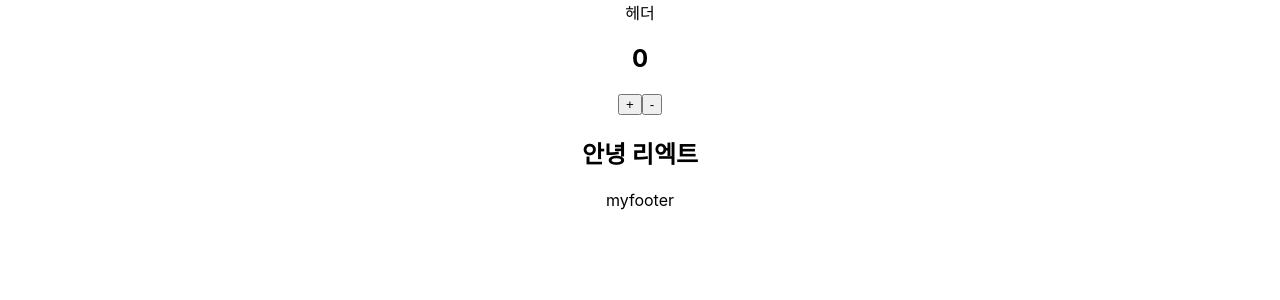
Repository: jins4731/daily-note
Page: / (app in React/reactexam1/)
These files come from the project's save history. The page is drawn as it stood at one moment and after the next save; the edit follows.
The browser window is 1280 px wide. The pictures show the whole page.
The project was rebuilt for these pictures with package versions that can differ from the ones it lists, and the page was loaded fresh each time.

Above is the page before, as saved 2023-04-05 21:02:18.

### React/reactexam1/src/App.js
import './App.css';

import MyHeader from './MyHeader'
import MyFooter from './MyFooter';
import Counter from './Counter';
function App() {
  return (
    <div className="App">
      <MyHeader/>
      <Counter/>
      <h2>안녕 리엑트</h2>
      <MyFooter/>
    </div>
  );
}

export default App;

### React/reactexam1/src/MyHeader.js
const MyHeader = () => {
    return <header>헤더</header>;
};

export default MyHeader;

### React/reactexam1/src/MyFooter.js
const MyFooter = () => {
    return <footer>myfooter</footer>;
}

export default MyFooter;

### React/reactexam1/src/Counter.js
const Counter = () => {
    return (
        <div>
            <h2>0</h2>
            <button>+</button>
            <button>-</button>
        </div>
    )
}

export default Counter;

Loaded but not shown: React/reactexam1/public/index.html (common file); React/reactexam1/src/index.js (common file); React/reactexam1/src/index.css (common file); React/reactexam1/src/App.css (common file)

After the next save:
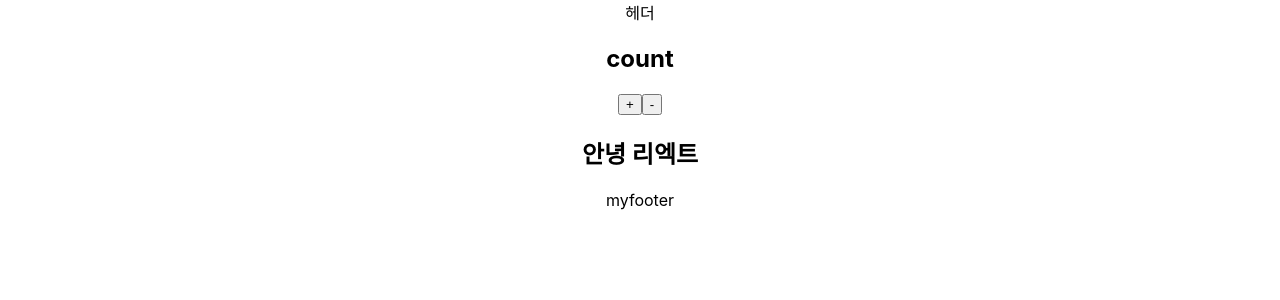
Saved 23 min 45 s later.
--- a/React/reactexam1/src/Counter.js
+++ b/React/reactexam1/src/Counter.js
@@ -1,8 +1,15 @@
+import React, {useState} from 'react';
+
 const Counter = () => {
+    const [count, setCount] = useState(0);
+
+    const onIncrease = () => {
+        setCount(count+1);
+    }
     return (
         <div>
-            <h2>0</h2>
-            <button>+</button>
+            <h2>count</h2>
+            <button onClick={onIncrease}>+</button>
             <button>-</button>
         </div>
     )

After the save that followed:
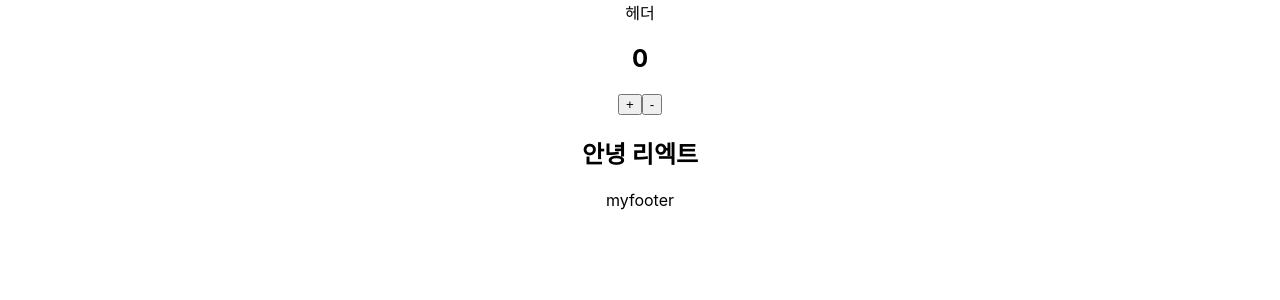
Saved 12 s later.
--- a/React/reactexam1/src/Counter.js
+++ b/React/reactexam1/src/Counter.js
@@ -8,7 +8,7 @@
     }
     return (
         <div>
-            <h2>count</h2>
+            <h2>{count}</h2>
             <button onClick={onIncrease}>+</button>
             <button>-</button>
         </div>
